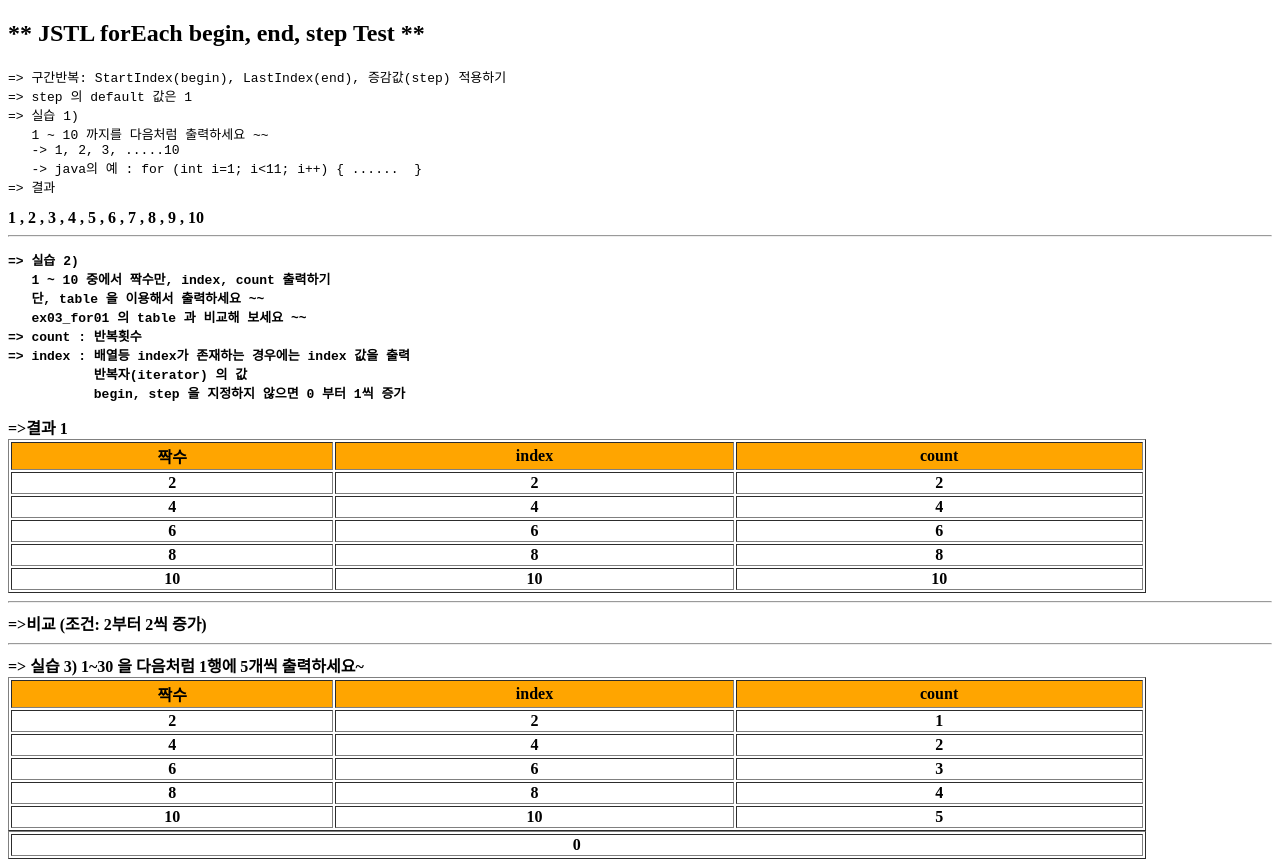
Repository: nameground/Java
Page: http://localhost/Web01/jsp05_JSTL/ex03_for02.jsp
These files come from the project's save history. The page is drawn as it stood at one moment and after the next save; the edit follows.
The browser window is 1280 px wide. The pictures show the whole page.
The page is served by Tomcat 9. Nobody is signed in. The application's start-up code is not run. Other server files are loaded and not shown.

Above is the page before, as saved 2023-10-13 09:08:56.

### mTest/Mywork/Web01/src/main/webapp/jsp05_JSTL/ex03_for02.jsp
<%@ page language="java" contentType="text/html; charset=UTF-8"
    pageEncoding="UTF-8"%>
<%@ taglib uri="http://java.sun.com/jsp/jstl/core" prefix="c"%>
<!DOCTYPE html>
<html>
<head>
<meta charset="UTF-8">
<title>JSTL forEach begin, end, step Test</title>
</head>
<body>
<h2>** JSTL forEach begin, end, step Test **</h2>
<pre>
=> 구간반복: StartIndex(begin), LastIndex(end), 증감값(step) 적용하기
=> step 의 default 값은 1
=> 실습 1)
   1 ~ 10 까지를 다음처럼 출력하세요 ~~
   -> 1, 2, 3, .....10
   -> java의 예 : for (int i=1; i<11; i++) { ......  }
=> 결과
</pre>
<b>
<c:forEach var="i" begin="1" end="10" step="1" varStatus="vs">
	 ${i}
	 ${vs.last ? "" : ","}
</c:forEach>


<hr><pre>
=> 실습 2)
   1 ~ 10 중에서 짝수만, index, count 출력하기
   단, table 을 이용해서 출력하세요 ~~
   ex03_for01 의 table 과 비교해 보세요 ~~
=> count : 반복횟수
=> index : 배열등 index가 존재하는 경우에는 index 값을 출력
           반복자(iterator) 의 값
           begin, step 을 지정하지 않으면 0 부터 1씩 증가
</pre>
=>결과 1<br>
<table border="1" style="text-align:center; width:90%;">
	<tr style="background-color:orange;">
		<th>짝수</th>
		<th>index</th>
		<th>count</th>
	</tr>
	<c:forEach var="i" begin="1" end="10" step="1" varStatus="vs">
		<c:if test="${i % 2 == 0 }">
			<tr>
				<td>${i}</td>
				<td>${vs.index}</td>
				<td>${vs.count}</td>
			</tr>
		</c:if>
	</c:forEach>
</table>

<hr>
=>비교 (조건: 2부터 2씩 증가)
<table border="1" style="text-align:center; width:90%;">
	<tr style="background-color:orange;">
		<th>짝수</th>
		<th>index</th>
		<th>count</th>
	</tr>
	<c:forEach var="i" begin="2" end="10" step="2" varStatus="vs">
		<tr>
			<td>${i}</td>
			<td>${vs.index}</td>
			<td>${vs.count}</td>
		</tr>
	</c:forEach>

<hr>
=> 실습 3) 1~30 을 다음처럼 1행에 5개씩 출력하세요~<br>
<!--
1,2,3,4,5
6,7,8,9,10
11,12,13,14,15
...
............30 -->

<table border="1" style="text-align:center; width:90%;">
	<c:forEach var="i" begin="${i}" end="${i+4}" step="5" >
	<tr>
		<th>${i}</th>
	</tr>
	</c:forEach>
</table>

</body>
</html>

After the next save:
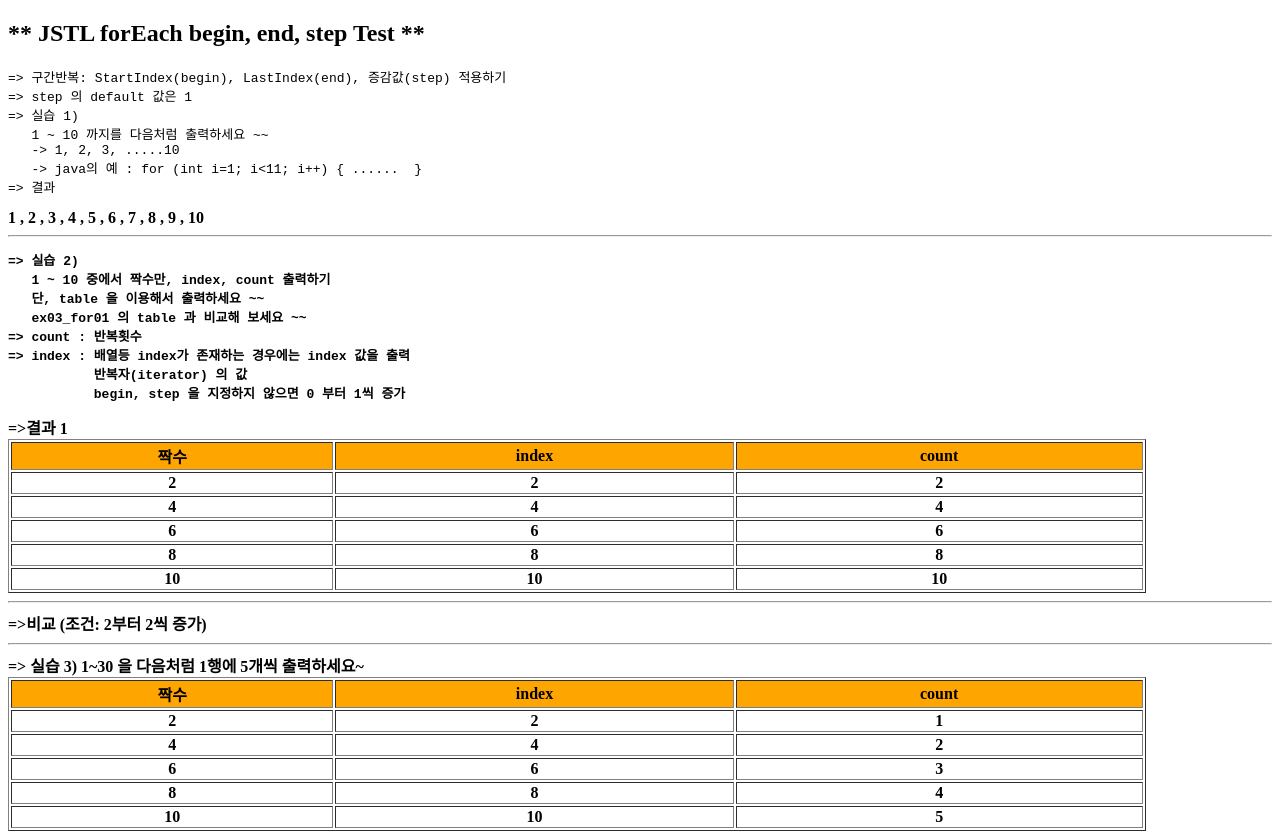
Saved 15 s later.
--- a/mTest/Mywork/Web01/src/main/webapp/jsp05_JSTL/ex03_for02.jsp
+++ b/mTest/Mywork/Web01/src/main/webapp/jsp05_JSTL/ex03_for02.jsp
@@ -78,13 +78,7 @@
 ...
 ............30 -->
 
-<table border="1" style="text-align:center; width:90%;">
-	<c:forEach var="i" begin="${i}" end="${i+4}" step="5" >
-	<tr>
-		<th>${i}</th>
-	</tr>
-	</c:forEach>
-</table>
+
 
 </body>
 </html>
